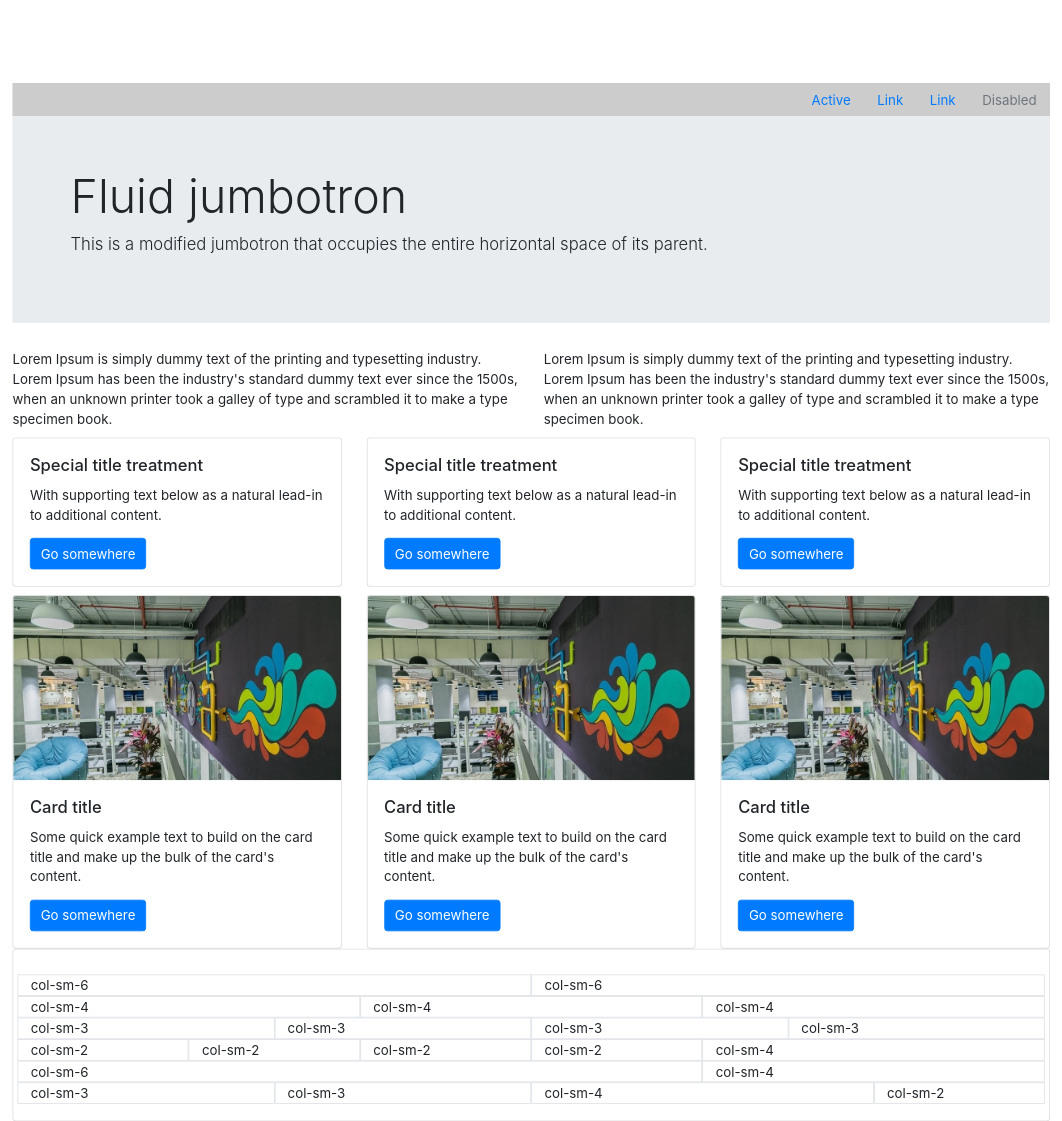
Repository: Green-Technologies-Angular/HTML
Page: index.html
An editor plug-in stored every save of this project. The page is shown before and after the next save, followed by the edit.
The browser window is 1280 px wide. The pictures show the whole page, at 83% of full size.

Above is the page before, as saved 2019-01-31 10:40:32.

### index.html
<!DOCTYPE html>
<html>

<head>
    <title>Title of the document</title>
    <link rel="stylesheet" href="css/bootstrap.css">
    <link rel="stylesheet" href="css/index.css">
    <style>
        .border {
            border: 1px solid #ccc;
        }

        .bg-nav {
            background: green;
        }
    </style>
    <script>
        localStorage.setItem("name", "tamilsdfsdfsdfsdfmani");
        console.log(localStorage.getItem('name'));
    </script>
</head>

<body>
    <div class="container-fluid">
        <ul class="nav justify-content-end bg-nav" style="background: #ccc;">
            <li class="nav-item">
                <a class="nav-link active" href="#">Active</a>
            </li>
            <li class="nav-item">
                <a class="nav-link" href="#">Link</a>
            </li>
            <li class="nav-item">
                <a class="nav-link" href="#">Link</a>
            </li>
            <li class="nav-item">
                <a class="nav-link disabled" href="#" tabindex="-1" aria-disabled="true">Disabled</a>
            </li>
        </ul>
        <div class="jumbotron jumbotron-fluid">
            <div class="container">
                <h1 class="display-4">Fluid jumbotron</h1>
                <p class="lead">This is a modified jumbotron that occupies the entire horizontal space of its parent.</p>
            </div>
        </div>
        <div class="row">
            <div class="col-xl-6 col-lg-6 col-md-6 col-sm-6">
                Lorem Ipsum is simply dummy text of the printing and typesetting industry. Lorem Ipsum has been the
                industry's standard dummy text ever since the 1500s, when an unknown printer took a galley of type and
                scrambled it to make a type specimen book.
            </div>
            <div class="col-xl-6 col-lg-6 col-md-6 col-sm-6">
                Lorem Ipsum is simply dummy text of the printing and typesetting industry. Lorem Ipsum has been the
                industry's standard dummy text ever since the 1500s, when an unknown printer took a galley of type and
                scrambled it to make a type specimen book.
            </div>
        </div>
        <div class="row" style="padding-top:10px;">
            <div class="col-sm-4">
                <div class="card">
                    <div class="card-body">
                        <h5 class="card-title">Special title treatment</h5>
                        <p class="card-text">With supporting text below as a natural lead-in to additional content.</p>
                        <a href="#" class="btn btn-primary">Go somewhere</a>
                    </div>
                </div>
            </div>
            <div class="col-sm-4">
                <div class="card">
                    <div class="card-body">
                        <h5 class="card-title">Special title treatment</h5>
                        <p class="card-text">With supporting text below as a natural lead-in to additional content.</p>
                        <a href="#" class="btn btn-primary">Go somewhere</a>
                    </div>
                </div>
            </div>
            <div class="col-sm-4">
                <div class="card">
                    <div class="card-body">
                        <h5 class="card-title">Special title treatment</h5>
                        <p class="card-text">With supporting text below as a natural lead-in to additional content.</p>
                        <a href="#" class="btn btn-primary">Go somewhere</a>
                    </div>
                </div>
            </div>
        </div>
        <div class="row" style="padding-top:10px;">
            <div class="col-sm-4">
                <div class="card">
                    <div class="card-body p-0">
                        <img src="images/Download.jpg" class="card-img-top" alt="...">
                        <div class="card-body">
                            <h5 class="card-title">Card title</h5>
                            <p class="card-text">Some quick example text to build on the card title and make up the
                                bulk of
                                the
                                card's content.</p>
                            <a href="#" class="btn btn-primary">Go somewhere</a>
                        </div>
                    </div>
                </div>
            </div>
            <div class="col-sm-4">
                <div class="card">
                        <div class="card-body p-0">
                                <img src="images/Download.jpg" class="card-img-top" alt="...">
                                <div class="card-body">
                                    <h5 class="card-title">Card title</h5>
                                    <p class="card-text">Some quick example text to build on the card title and make up the
                                        bulk of
                                        the
                                        card's content.</p>
                                    <a href="#" class="btn btn-primary">Go somewhere</a>
                                </div>
                            </div>
                </div>
            </div>
            <div class="col-sm-4">
                <div class="card">
                        <div class="card-body p-0">
                                <img src="images/Download.jpg" class="card-img-top" alt="...">
                                <div class="card-body">
                                    <h5 class="card-title">Card title</h5>
                                    <p class="card-text">Some quick example text to build on the card title and make up the
                                        bulk of
                                        the
                                        card's content.</p>
                                    <a href="#" class="btn btn-primary">Go somewhere</a>
                                </div>
                            </div>
                </div>
            </div>
        </div>


        <div class="card" style="padding-top:10px;">
            <div class="card-body">
                <div class="row">
                    <div class="col-sm-6 border">col-sm-6</div>
                    <div class="col-sm-6 border">col-sm-6</div>
                </div>
                <div class="row">
                    <div class="col-sm-4 border">col-sm-4</div>
                    <div class="col-sm-4 border">col-sm-4</div>
                    <div class="col-sm-4 border">col-sm-4</div>
                </div>
                <div class="row">
                    <div class="col-sm-3 border">col-sm-3</div>
                    <div class="col-sm-3 border">col-sm-3</div>
                    <div class="col-sm-3 border">col-sm-3</div>
                    <div class="col-sm-3 border">col-sm-3</div>
                </div>
                <div class="row">
                    <div class="col-sm-2 border">col-sm-2</div>
                    <div class="col-sm-2 border">col-sm-2</div>
                    <div class="col-sm-2 border">col-sm-2</div>
                    <div class="col-sm-2 border">col-sm-2</div>
                    <div class="col-sm-4 border">col-sm-4</div>
                </div>
                <div class="row">
                    <div class="col-sm-8 border">col-sm-6</div>
                    <div class="col-sm-4 border">col-sm-4</div>
                </div>
                <div class="row">
                    <div class="col-sm-3 border">col-sm-3</div>
                    <div class="col-sm-3 border">col-sm-3</div>
                    <div class="col-sm-4 border">col-sm-4</div>
                    <div class="col-sm-2 border">col-sm-2</div>
                </div>
            </div>
        </div>

    </div>
    <script src="script/jquery.js"></script>
    <script src="script/popper.js"></script>
    <script src="script/bootstrap.js"></script>
</body>

</html>

### css/index.css
.bg-nav{
    background: red;
}
@media (min-width: 1200px) {
    .bg-nav{
        background: red;
        margin-top:100px;
    }
 }

Loaded but not shown: css/bootstrap.css (library); script/jquery.js (library); script/popper.js (library); script/bootstrap.js (library)

After the next save:
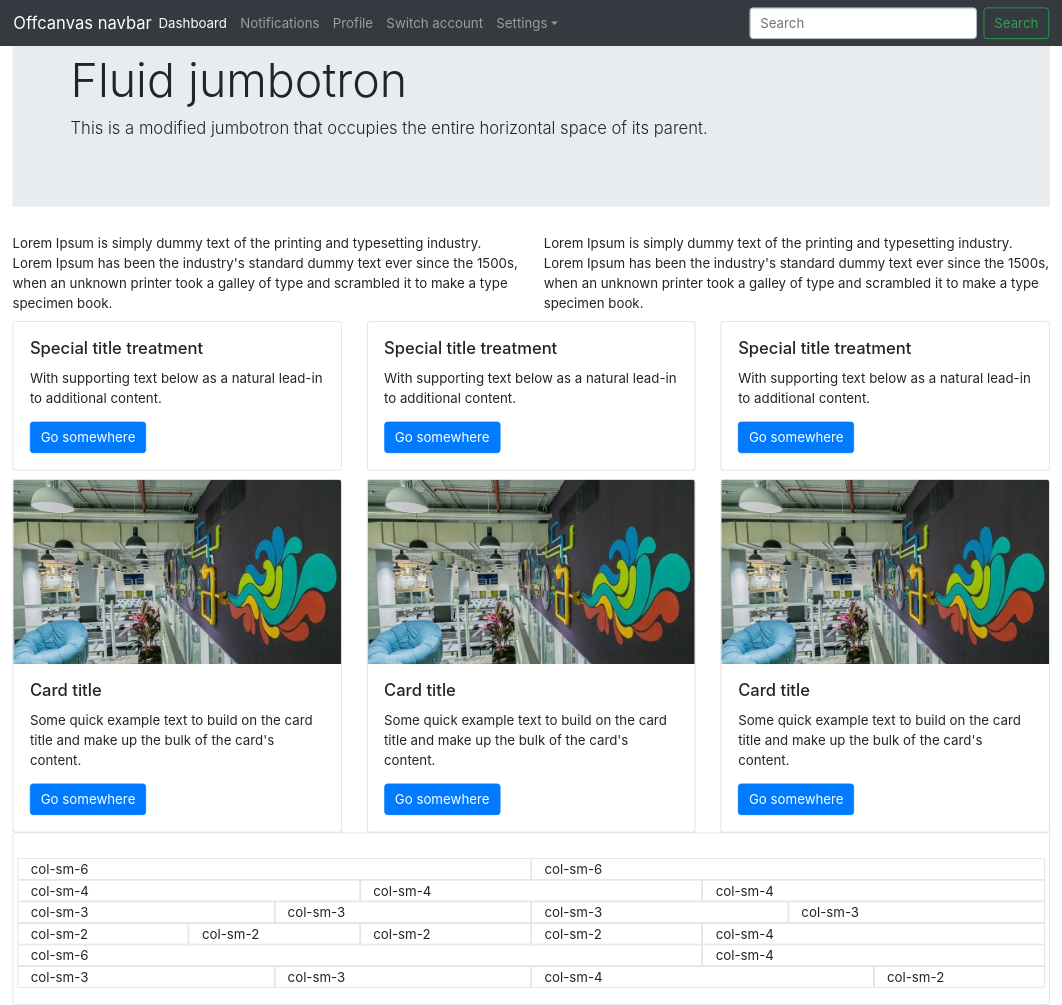
Saved 22 h 44 min later.
--- a/index.html
+++ b/index.html
@@ -22,20 +22,42 @@
 
 <body>
     <div class="container-fluid">
-        <ul class="nav justify-content-end bg-nav" style="background: #ccc;">
-            <li class="nav-item">
-                <a class="nav-link active" href="#">Active</a>
-            </li>
-            <li class="nav-item">
-                <a class="nav-link" href="#">Link</a>
-            </li>
-            <li class="nav-item">
-                <a class="nav-link" href="#">Link</a>
-            </li>
-            <li class="nav-item">
-                <a class="nav-link disabled" href="#" tabindex="-1" aria-disabled="true">Disabled</a>
-            </li>
-        </ul>
+        <nav class="navbar navbar-expand-lg fixed-top navbar-dark bg-dark">
+            <a class="navbar-brand mr-auto mr-lg-0" href="#">Offcanvas navbar</a>
+            <button class="navbar-toggler p-0 border-0" type="button" data-toggle="offcanvas">
+              <span class="navbar-toggler-icon"></span>
+            </button>
+
+            <div class="navbar-collapse offcanvas-collapse" id="navbarsExampleDefault">
+              <ul class="navbar-nav mr-auto">
+                <li class="nav-item active">
+                  <a class="nav-link" href="#">Dashboard <span class="sr-only">(current)</span></a>
+                </li>
+                <li class="nav-item">
+                  <a class="nav-link" href="#">Notifications</a>
+                </li>
+                <li class="nav-item">
+                  <a class="nav-link" href="#">Profile</a>
+                </li>
+                <li class="nav-item">
+                  <a class="nav-link" href="#">Switch account</a>
+                </li>
+                <li class="nav-item dropdown">
+                  <a class="nav-link dropdown-toggle" href="#" id="dropdown01" data-toggle="dropdown" aria-haspopup="true" aria-expanded="false">Settings</a>
+                  <div class="dropdown-menu" aria-labelledby="dropdown01">
+                    <a class="dropdown-item" href="#">Action</a>
+                    <a class="dropdown-item" href="#">Another action</a>
+                    <a class="dropdown-item" href="#">Something else here</a>
+                  </div>
+                </li>
+              </ul>
+              <form class="form-inline my-2 my-lg-0">
+                <input class="form-control mr-sm-2" type="text" placeholder="Search" aria-label="Search">
+                <button class="btn btn-outline-success my-2 my-sm-0" type="submit">Search</button>
+              </form>
+            </div>
+          </nav>
+
         <div class="jumbotron jumbotron-fluid">
             <div class="container">
                 <h1 class="display-4">Fluid jumbotron</h1>
